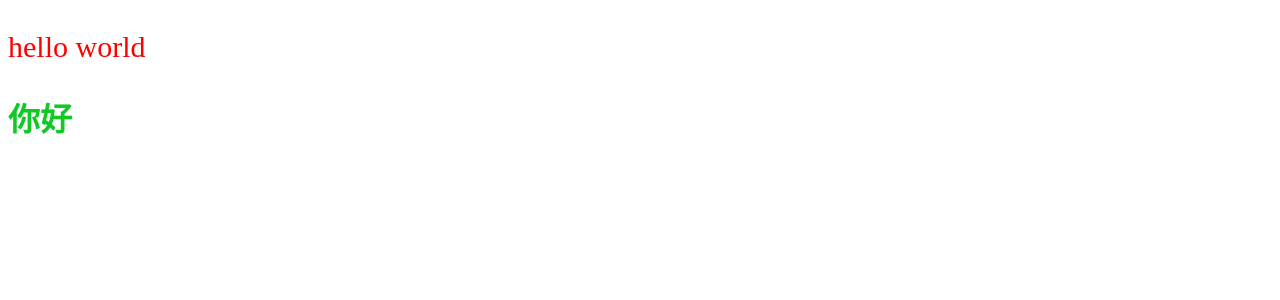
Repository: ls02/VSCode
Page: Java/2022/6-30-1/Test1.html
An editor plug-in stored every save of this project. The page is shown before and after the next save, followed by the edit.
The browser window is 1280 px wide. The pictures show the whole page.

Above is the page before, as saved 2022-06-30 22:02:27.

After the next save:
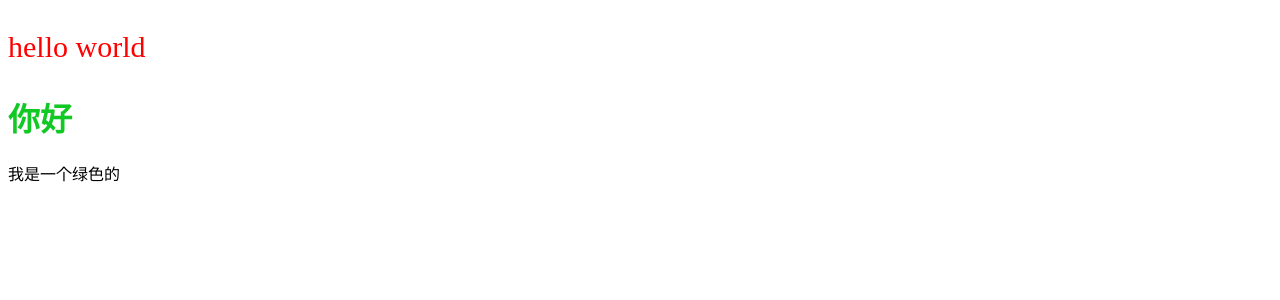
Saved 17 s later.
--- a/Java/2022/6-30-1/Test1.html
+++ b/Java/2022/6-30-1/Test1.html
@@ -2,7 +2,7 @@
  * @Author: ls02 <2877455773@qq.com>
  * @Date: 2022-06-30 16:30:38
  * @LastEditors: ls02 <2877455773@qq.com>
- * @LastEditTime: 2022-06-30 16:39:19
+ * @LastEditTime: 2022-06-30 22:02:44
  * @FilePath: \Java\2022\6-30-1\Test1.html
  * @Description:
  *
@@ -27,5 +27,6 @@
 <body>
     <p>hello world</p>
     <h1 style="color:rgb(18, 200, 36)">你好</h1>
+    <div>我是一个绿色的</div>
 </body>
 </html>
